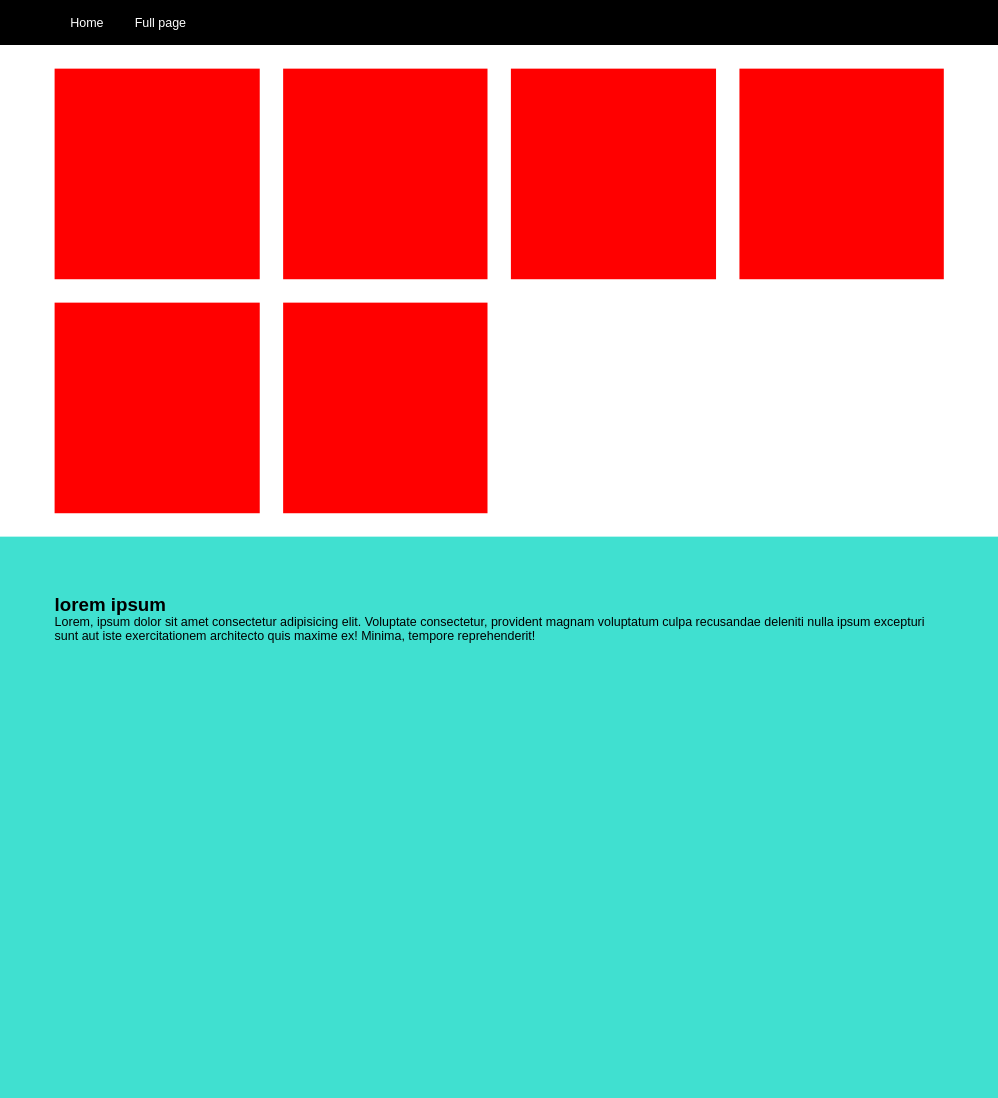
Repository: danilodscosta/CursoHTML
Page: aula1/aulascss.html
An editor plug-in stored every save of this project. The page is shown before and after the next save, followed by the edit.
The browser window is 1280 px wide. The pictures show the whole page, at 78% of full size.

Above is the page before, as saved 2024-01-17 18:04:59.

### aula1/aulascss.html
<!DOCTYPE html>
<html lang="pt-BR">

<head>
    <meta charset="utf-8">
    <meta name="viewport" content="width=device-width, inital-scale=1.0">
    <title>Aulas CSS</title>
    <link rel="stylesheet" href="assets/css/aulasstyle.css">
</head>



<body>
    <nav class="menu">
        <ul>
            <li><a href="#home">Home</a></li>
            <li><a href="#full-page">Full page</a></li>
        </ul>
    </nav>

    <div id="home" class="grid">
        <div class="col">
            <div class="col-content"></div>
        </div>
        <div class="col">
            <div class="col-content"></div>
        </div>
        <div class="col">
            <div class="col-content"></div>
        </div>
        <div class="col">
            <div class="col-content"></div>
        </div>
        <div class="col">
            <div class="col-content"></div>
        </div>
        <div class="col">
            <div class="col-content"></div>
        </div>
    </div>
    <section id="full-page" class="full-page">
        <div class="full-page-content">
        <h1>lorem ipsum</h1>
        <p>Lorem, ipsum dolor sit amet consectetur adipisicing elit. Voluptate consectetur, provident magnam voluptatum culpa recusandae deleniti nulla ipsum excepturi sunt aut iste exercitationem architecto quis maxime ex! Minima, tempore reprehenderit!</p>
    </div>
    </section>
</body>
</html>

### aula1/assets/css/aulasstyle.css
/*
ID Classes, atributos e pseudo-classes  Elementos e pseudo-elementos
*/

* {
    margin: 0;
    padding: 0;
    box-sizing: border-box;
}

body {
    font-family: sans-serif;
}

html {
    scroll-behavior: smooth;
}

.grid {
    max-width: 1200px;
    padding: 15px;
    margin: 0 auto;
    padding-top: 73px;
}

.grid:after {
    content: '';
    display: block;
    clear: both;
}

.grid .col {
    height: 300px;
    float: left;
    padding: 15px;
}

.grid .col-content {
    width: 100%;
    height: 100%;
    background: red;
}

.menu {
    position: fixed;
    background: black;
    width: 100%;
}

.menu ul {
    list-style: none;
    display: block;
    width: 1200px;
    padding: 0 30px;
    margin: 0 auto;
}

.menu ul li {
    float: left;
}

.menu ul li a {
    display: block;
    color: #fff;
    padding: 20px;
    text-decoration: none;
    transition: all 300ms ease-in-out;
}

.menu ul li a:hover {
    background: #333;
}

.full-page {
    max-width: 100%;
    padding: 0 30px;
    margin: 0 auto;
    padding-top: 73px;
    height: 100vh;
    background: turquoise;
}

.full-page-content {
    max-width: 1200px;
    padding: 0 30px;
    margin: 0 auto;
}

@media all and (max-width: 568px) {
    .grid .col {
        width: 100%;
    }
}

@media all and (min-width: 569px) and (max-width: 768px) {
    .grid .col {
        width: 50%;
    }
}

@media all and (min-width: 769px) and (max-width: 1200px) {
    .grid .col {
        width: 33.33%;
    }
}

@media all and (min-width: 1201px) and (max-width: 2400px) {
    .grid .col {
        width: 25%;
    }
}

After the next save:
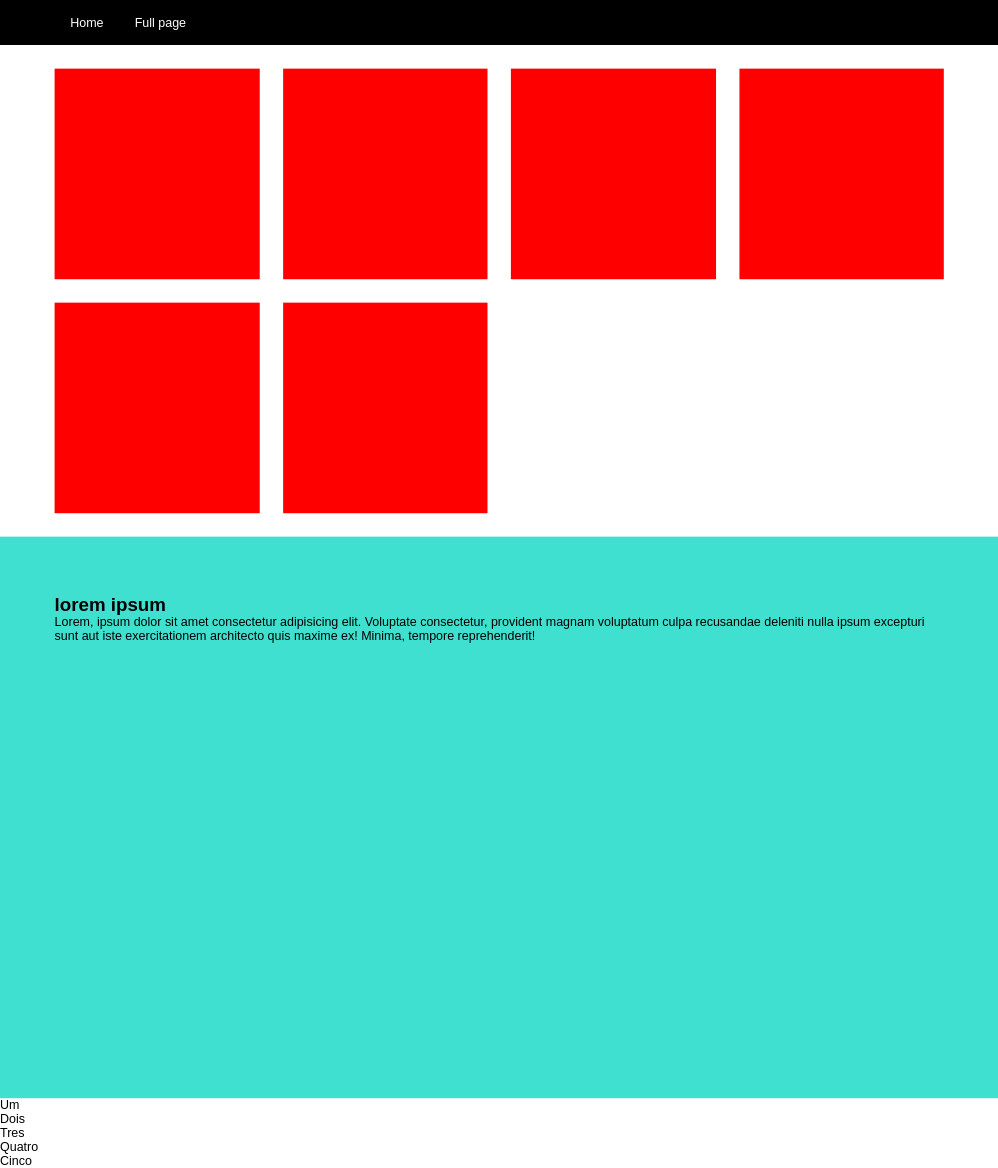
Saved 22 h 40 min later.
--- a/aula1/aulascss.html
+++ b/aula1/aulascss.html
@@ -44,5 +44,13 @@
         <p>Lorem, ipsum dolor sit amet consectetur adipisicing elit. Voluptate consectetur, provident magnam voluptatum culpa recusandae deleniti nulla ipsum excepturi sunt aut iste exercitationem architecto quis maxime ex! Minima, tempore reprehenderit!</p>
     </div>
     </section>
+    <div class="flex-container">
+        <div class="flex-item">Um</div>
+        <div class="flex-item">Dois</div>
+        <div class="flex-item">Tres</div>
+        <div class="flex-item">Quatro</div>
+        <div class="flex-item">Cinco</div>
+    </div>
+
 </body>
 </html>
